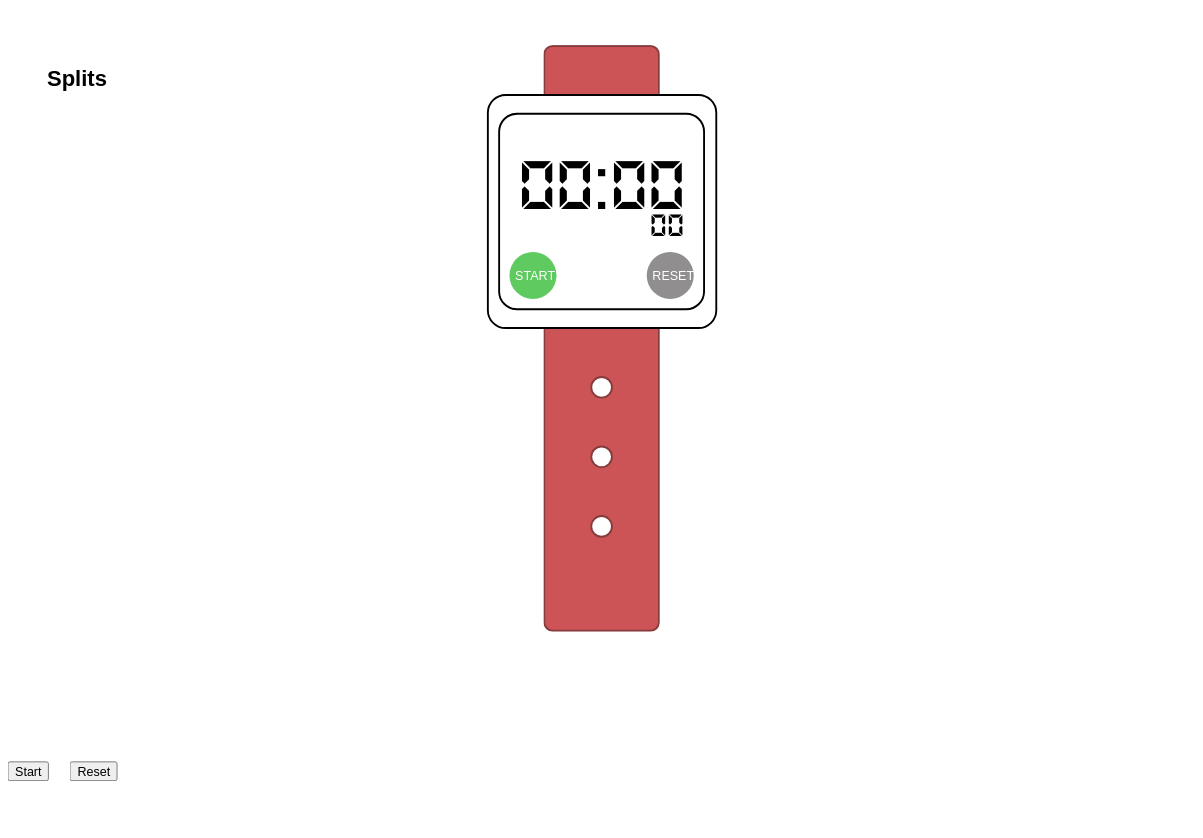
Repository: konstantin0s/lab-chronometer
Page: index.html
An editor plug-in stored every save of this project. The page is shown before and after the next save, followed by the edit.
The browser window is 1280 px wide. The pictures show the whole page, at 94% of full size.
After loading, the first visible `#btnLeft` was clicked once.

Above is the page before, as saved 2019-02-04 19:18:14.

After the next save:
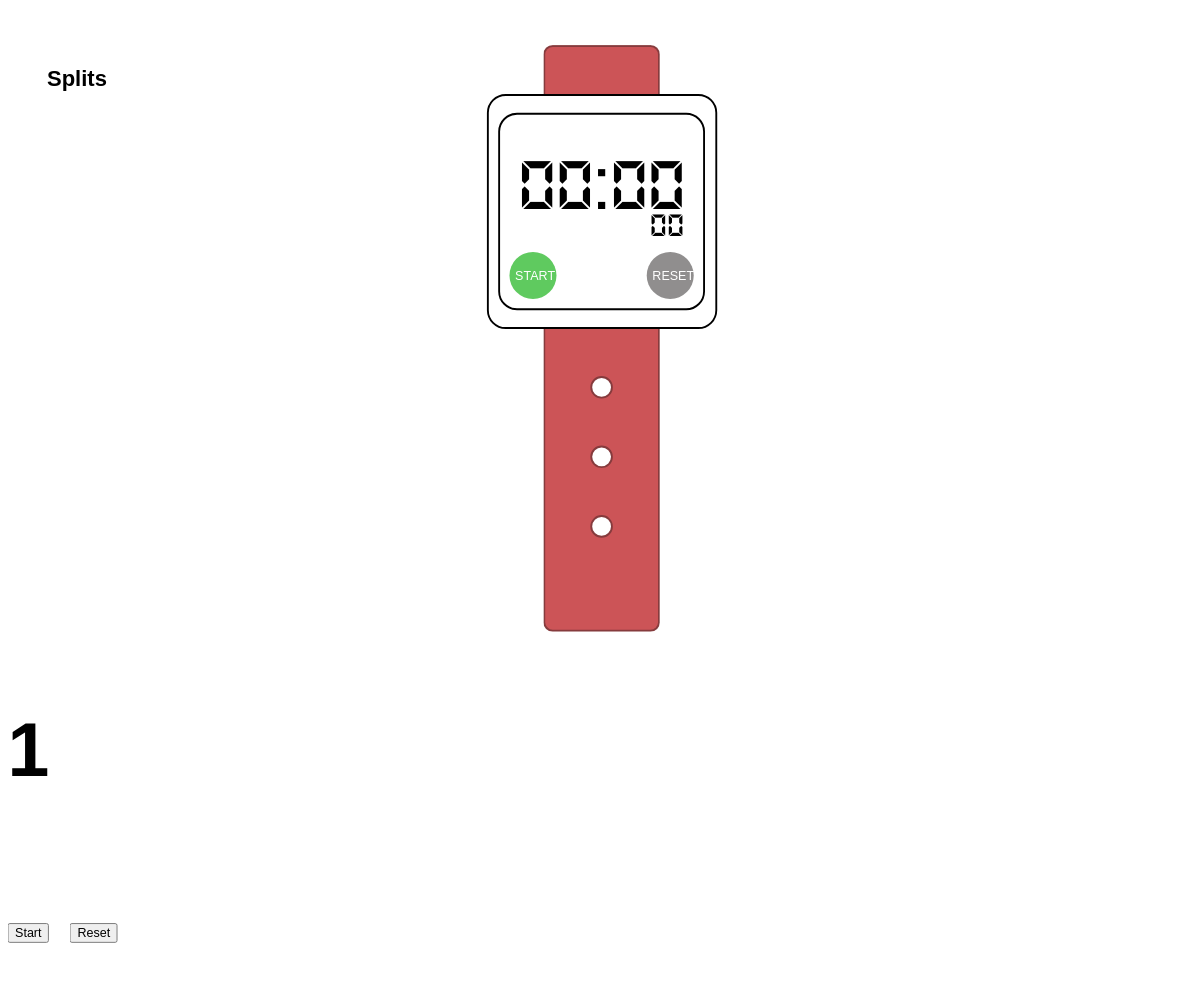
Saved 20 s later.
--- a/javascript/main.js
+++ b/javascript/main.js
@@ -19,9 +19,8 @@ btnLeft.addEventListener("click", function(event) {
       output.innerHTML = currentTime;
     }, 1000);
   } else { //pause if started
-
+    clearInterval(intervalId);
   }
-  clearInterval(intervalId);
 
 });
 
